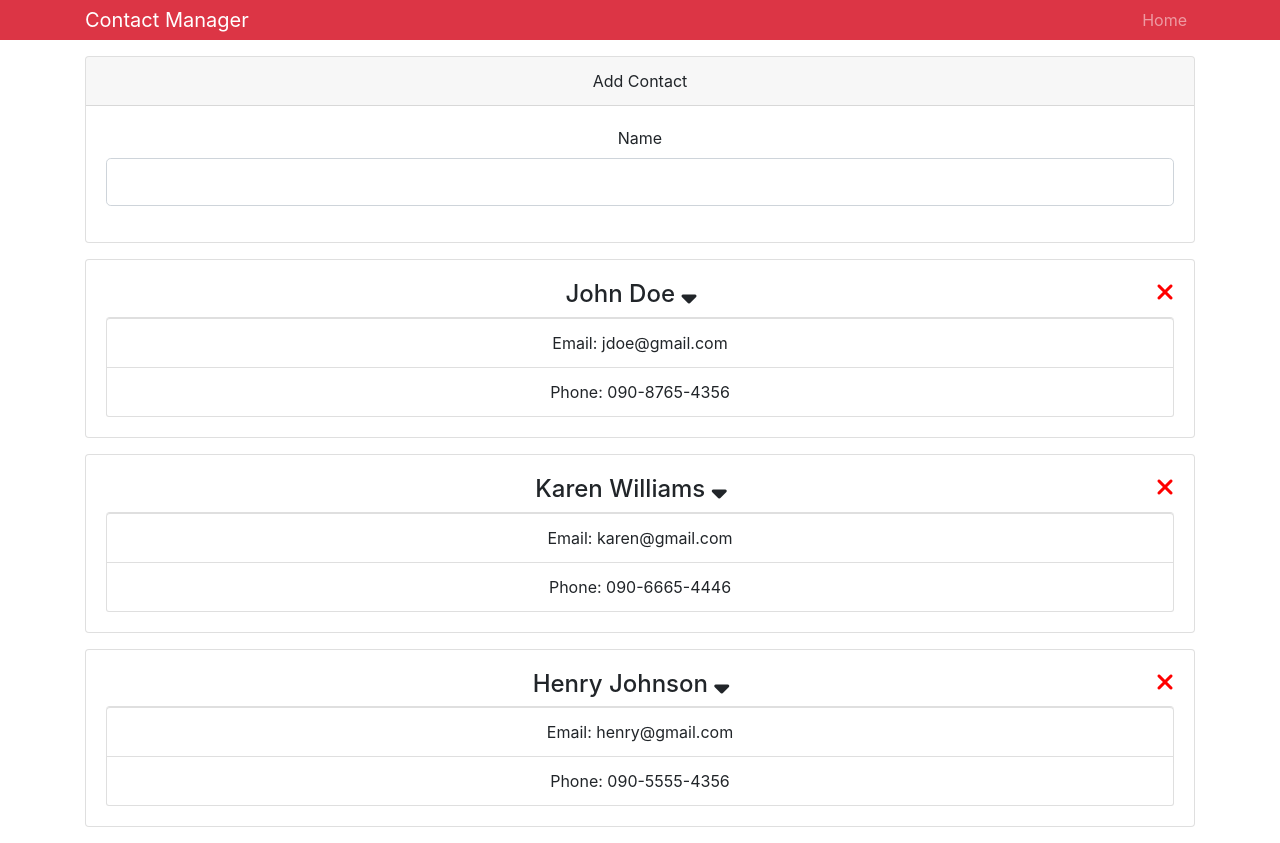
Repository: IkennaU/contactmanager
Page: /test
These files come from the project's save history. The page is drawn as it stood at one moment and after the next save; the edit follows.
The browser window is 1280 px wide. The pictures show the whole page.
Some web libraries are served in a nearby version. The project was rebuilt for these pictures with package versions that can differ from the ones it lists, and the page was loaded fresh each time.

Above is the page before, as saved 2020-07-22 00:12:55.

### public/index.html
<!DOCTYPE html>
<html lang="en">
  <head>
    <meta charset="utf-8" />
    <link rel="icon" href="%PUBLIC_URL%/favicon.ico" />
    <meta name="viewport" content="width=device-width, initial-scale=1" />
    <meta name="theme-color" content="#000000" />
    <meta
      name="description"
      content="Web site created using create-react-app"
    />
    <link rel="apple-touch-icon" href="%PUBLIC_URL%/logo192.png" />
    <!--
      manifest.json provides metadata used when your web app is installed on a
      user's mobile device or desktop. See https://developers.google.com/web/fundamentals/web-app-manifest/
    -->
    <link rel="manifest" href="%PUBLIC_URL%/manifest.json" />
    <!--
      Notice the use of %PUBLIC_URL% in the tags above.
      It will be replaced with the URL of the `public` folder during the build.
      Only files inside the `public` folder can be referenced from the HTML.

      Unlike "/favicon.ico" or "favicon.ico", "%PUBLIC_URL%/favicon.ico" will
      work correctly both with client-side routing and a non-root public URL.
      Learn how to configure a non-root public URL by running `npm run build`.
    -->
    <title>Contact Manager</title>
  </head>
  <body>
    <noscript>You need to enable JavaScript to run this app.</noscript>
    <div id="root"></div>
    <!--
      This HTML file is a template.
      If you open it directly in the browser, you will see an empty page.

      You can add webfonts, meta tags, or analytics to this file.
      The build step will place the bundled scripts into the <body> tag.

      To begin the development, run `npm start` or `yarn start`.
      To create a production bundle, use `npm run build` or `yarn build`.
    -->
  </body>
  <script src="https://kit.fontawesome.com/98795c63b9.js"></script>
</html>

### src/App.js
import React from "react";
import Contacts from "./components/contacts/Contacts";
import Header from "./components/layout/Header";
import AddContact from "./components/contacts/AddContact";
import "bootstrap/dist/css/bootstrap.min.css";
import { Provider } from "./context";

import "./App.css";

function App() {
  return (
    <Provider>
      <div className="App">
        <Header branding="Contact Manager" />
        <div className="container">
          <AddContact />
          <Contacts />
        </div>
      </div>
    </Provider>
  );
}

export default App;

### src/components/contacts/Contacts.js
import React, { Component } from "react";
import PropTypes from "prop-types";
import Contact from "../contacts/Contact";
import { Consumer } from "../../context";

class Contacts extends Component {
  static propTypes = {};

  render() {
    return (
      <Consumer>
        {(value) => {
          return (
            <div>
              {value.contacts.map((contact) => (
                <Contact key={contact.id} contact={contact} />
              ))}{" "}
            </div>
          );
        }}
      </Consumer>
    );
  }
}

export default Contacts;

### src/components/layout/Header.js
import React from "react";
import PropTypes from "prop-types";

function Header(props) {
  return (
    <nav className="navbar navbar-expand-sm navbar-dark bg-danger mb-3 py-0">
      <div className="container">
        <a href="/" className="navbar-brand">
          {props.branding}
        </a>
        <div>
          <ul className="navbar-nav mr-auto">
            <li className="nav-item">
              <a href="/" className="nav-link">
                Home
              </a>
            </li>
          </ul>
        </div>
      </div>
    </nav>
  );
}
Header.propTypes = { branding: PropTypes.string.isRequired };

export default Header;

### src/components/contacts/AddContact.js
import React, { Component } from "react";
import PropTypes from "prop-types";

class AddContact extends Component {
  static propTypes = {};

  state = { name: "", email: "", phone: "" };

  render() {
    return (
      <div className="card mb-3">
        <div className="card-header">Add Contact</div>
        <div className="card-body">
          <form>
            <div className="form-group">
              <label htmlFor="name">Name</label>
              <input type="text" className="form-control form-control-lg" />
            </div>
          </form>
        </div>
      </div>
    );
  }
}

export default AddContact;

### src/context.js
import React, { Component } from "react";

const Context = React.createContext();
const reducer = (state, action) => {
  switch (action.type) {
    case "DELETE_CONTACT":
      return {
        ...state,
        contacts: state.contacts.filter(
          (contact) => contact.id !== action.payload
        ),
      };
    default:
      return state;
  }
};

export class Provider extends Component {
  state = {
    contacts: [
      {
        id: 1,
        name: "John Doe",
        email: "jdoe@gmail.com",
        phone: "090-8765-4356",
      },
      {
        id: 2,
        name: "Karen Williams",
        email: "karen@gmail.com",
        phone: "090-6665-4446",
      },
      {
        id: 3,
        name: "Henry Johnson",
        email: "henry@gmail.com",
        phone: "090-5555-4356",
      },
    ],
    dispatch: (action) => {
      this.setState((state) => reducer(state, action));
    },
  };
  render() {
    return (
      <Context.Provider value={this.state}>
        {this.props.children}
      </Context.Provider>
    );
  }
}
export const Consumer = Context.Consumer;

### src/components/contacts/Contact.js
import React, { Component } from "react";
import PropTypes from "prop-types";
import { Consumer } from "../../context";

class Contact extends Component {
  static propTypes = {
    contact: PropTypes.object.isRequired,
  };
  state = {
    showContactInfo: true,
  };
  onShowClick = (e) => {
    this.setState({ showContactInfo: !this.state.showContactInfo });
  };
  onDeleteClick = (id, dispatch) => {
    dispatch({ type: "DELETE_CONTACT", payload: id });
  };

  render() {
    return (
      <Consumer>
        {(value) => {
          return (
            <div className="card card-body mb-3">
              <h4>
                {this.props.contact.name}{" "}
                <i
                  onClick={this.onShowClick}
                  className="fas fa-sort-down"
                  style={{ cursor: "pointer" }}
                />
                <i
                  className="fas fa-times"
                  style={{ cursor: "pointer", float: "right", color: "red" }}
                  onClick={this.onDeleteClick.bind(
                    this,
                    this.props.contact.id,
                    value.dispatch
                  )}
                ></i>
              </h4>
              {this.state.showContactInfo ? (
                <ul className="list-group">
                  <li className="list-group-item">
                    Email: {this.props.contact.email}
                  </li>
                  <li className="list-group-item">
                    Phone: {this.props.contact.phone}
                  </li>
                </ul>
              ) : null}
            </div>
          );
        }}
      </Consumer>
    );
  }
}

export default Contact;

Loaded but not shown: src/index.js (common file); src/serviceWorker.js (common file); src/App.css (common file)

After the next save:
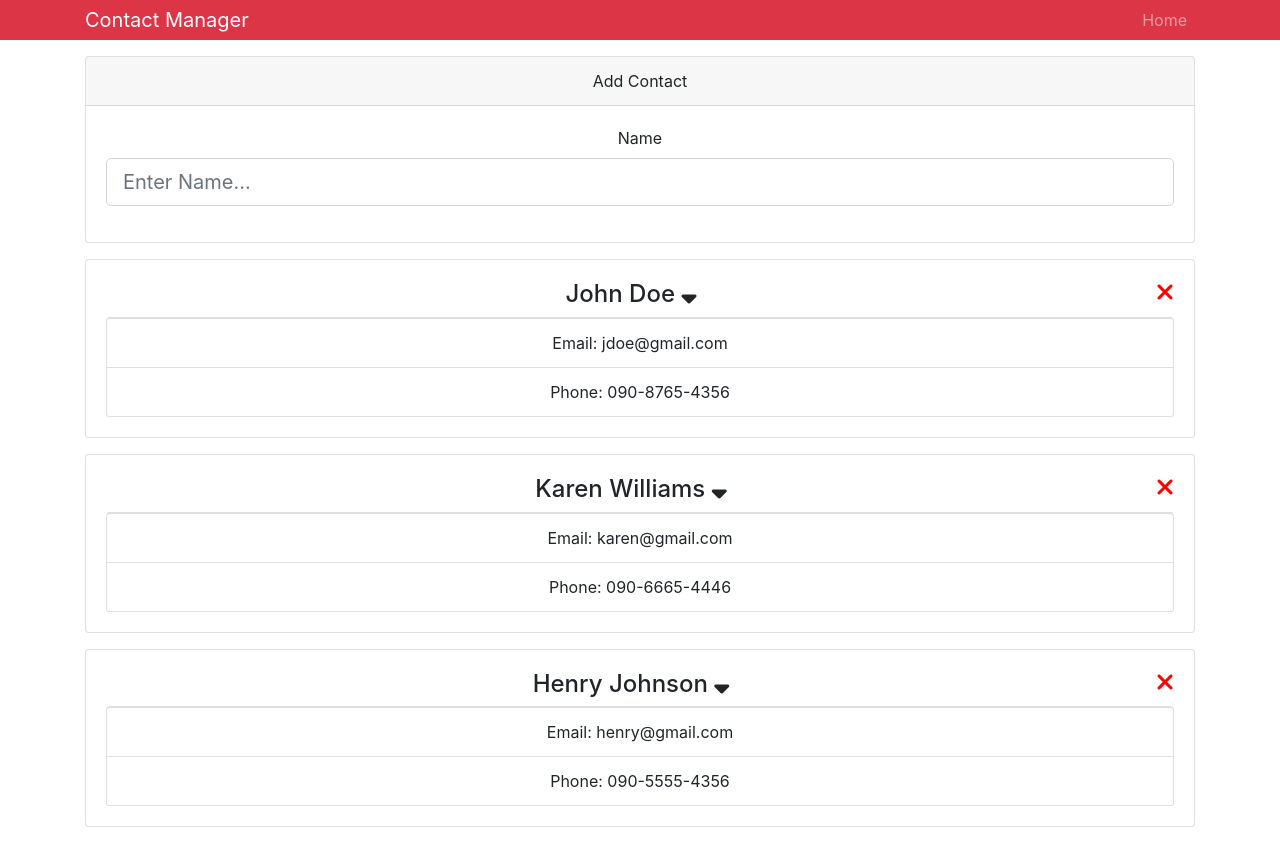
Saved 2 min 0 s later.
--- a/src/components/contacts/AddContact.js
+++ b/src/components/contacts/AddContact.js
@@ -14,7 +14,11 @@ class AddContact extends Component {
           <form>
             <div className="form-group">
               <label htmlFor="name">Name</label>
-              <input type="text" className="form-control form-control-lg" />
+              <input
+                type="text"
+                className="form-control form-control-lg"
+                placeholder="Enter Name..."
+              />
             </div>
           </form>
         </div>
